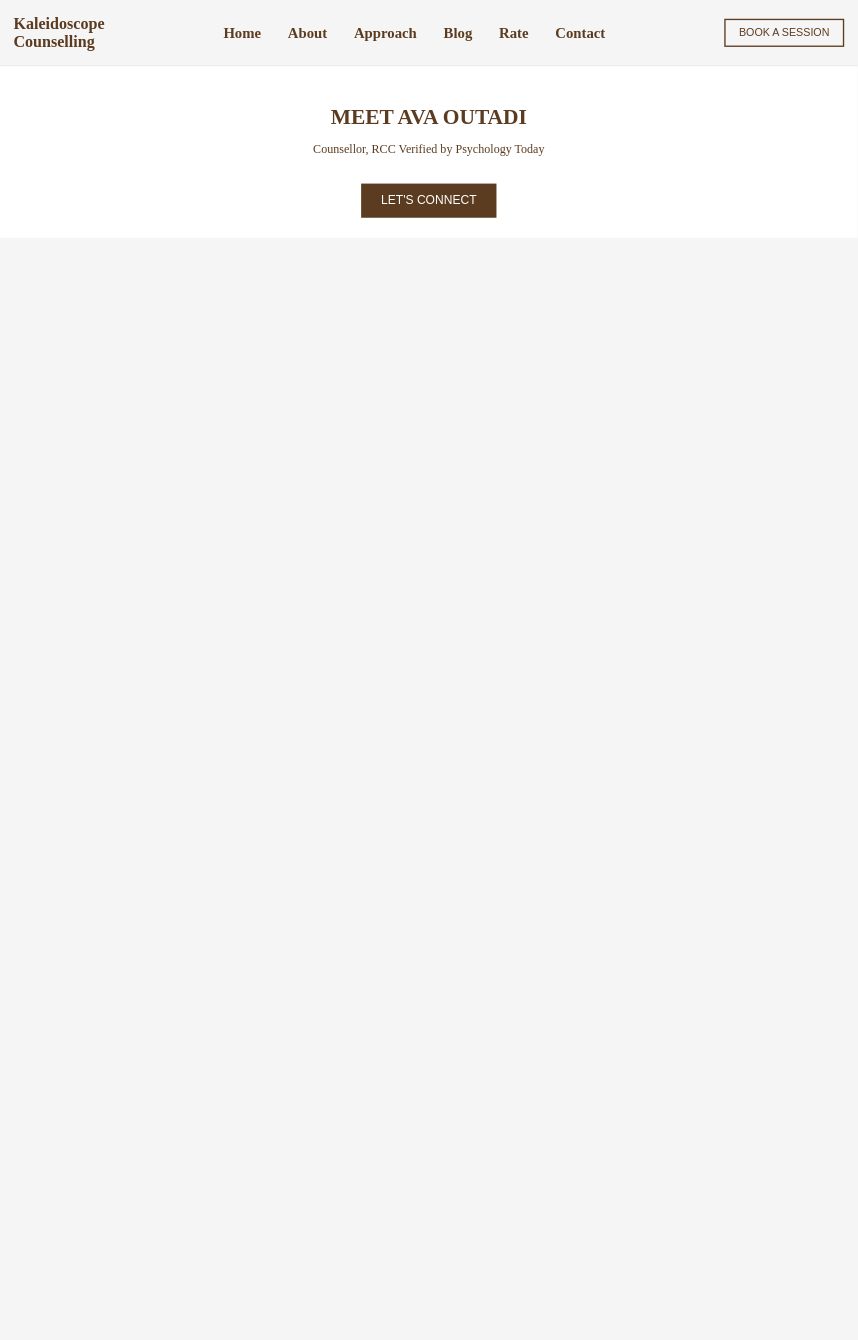
Repository: voutadi/project2
Page: index.html
The author's editor kept a copy of each file at every save. The page is drawn from the files as they stood at one save, then again after a run of saves.
The browser window is 1280 px wide. The pictures show the whole page, at 67% of full size.

Above is the page before, as saved 2024-10-03 15:24:31.

After the next 2 saves:
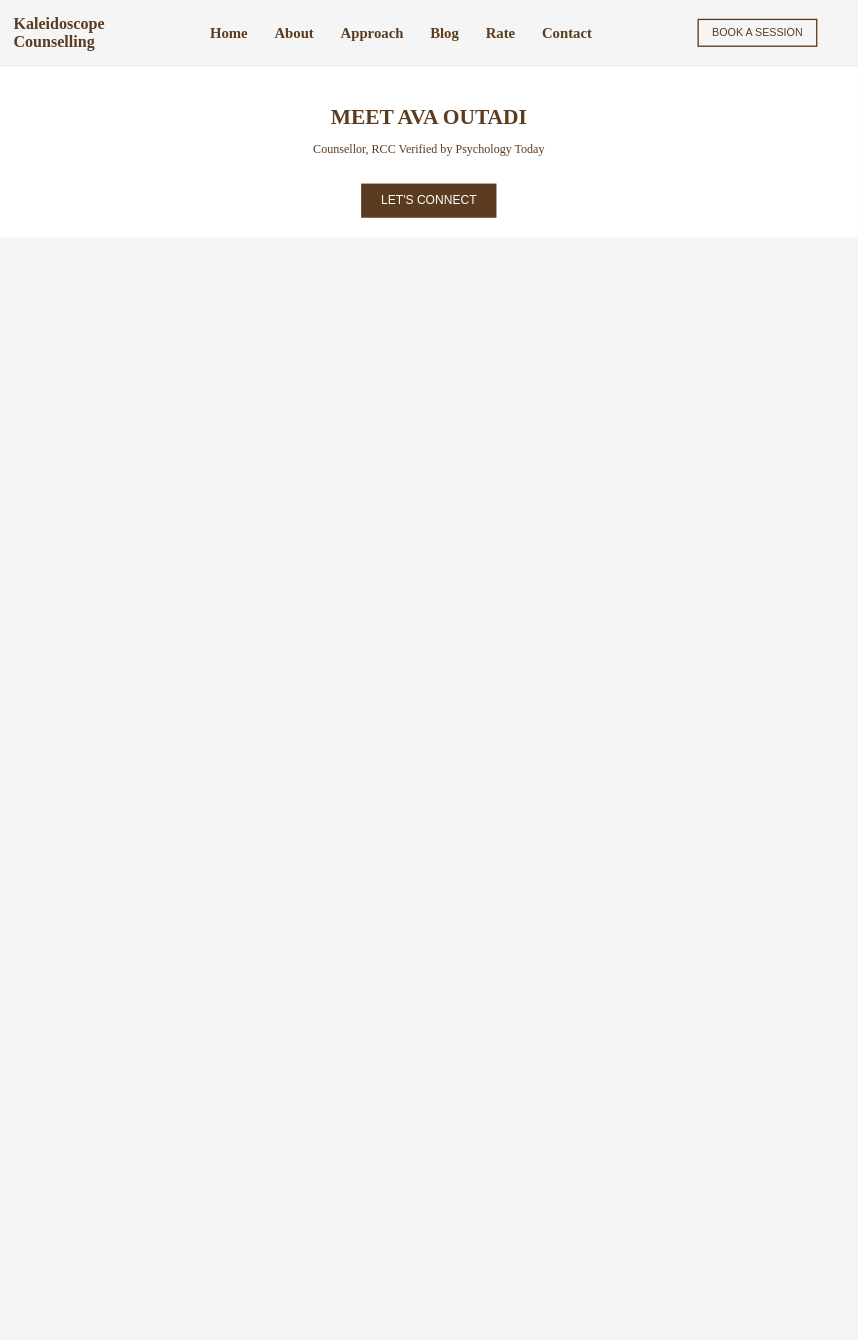
The 2 saves are shown as one change because they came seconds apart.
The last was saved 12 s later.
--- a/styles/style.css
+++ b/styles/style.css
@@ -46,7 +46,7 @@
     padding: 10px 20px;
     font-size: 16px;
     cursor: pointer;
-    margin-right: ;
+    margin-right: 40px;
 }
 
 main .intro {

After the save that followed:
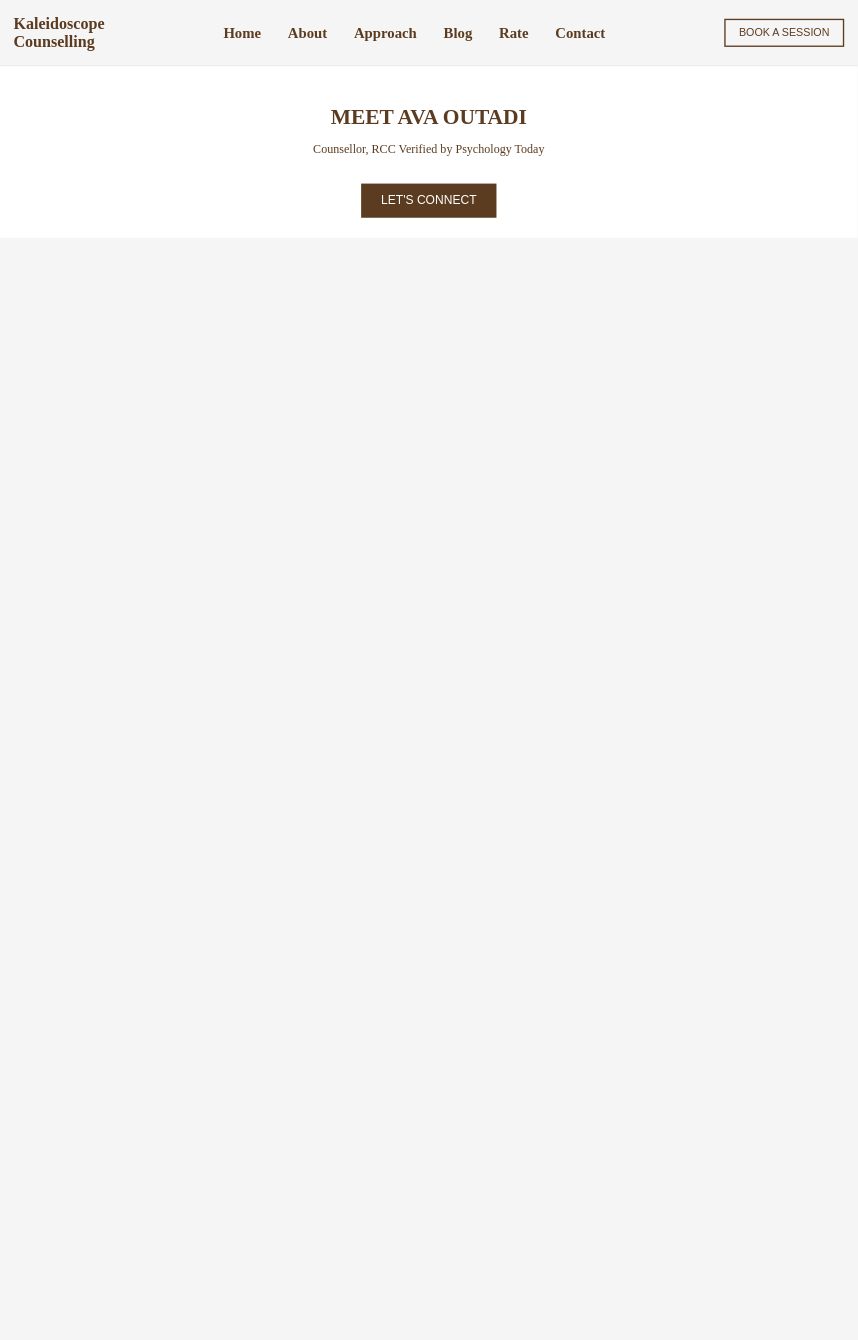
Saved 2 min 52 s later.
--- a/styles/style.css
+++ b/styles/style.css
@@ -46,7 +46,7 @@
     padding: 10px 20px;
     font-size: 16px;
     cursor: pointer;
-    margin-right: 40px;
+    margin-right: px;
 }
 
 main .intro {
